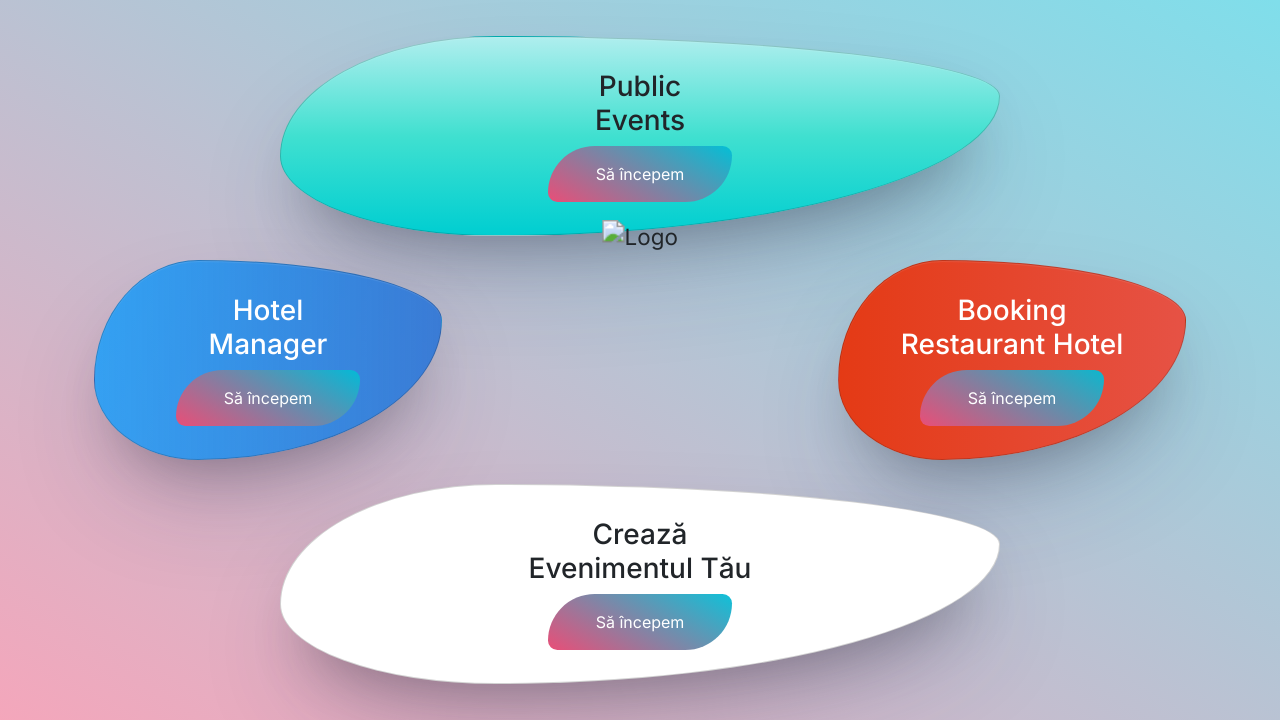
Repository: cosmin05072018/fantastic-events-manager
Page: http://localhost/
An editor plug-in stored every save of this project. The page is shown before and after the next save, followed by the edit.
The browser window is 1280 px wide. The pictures show the whole page.
The page is served by the project's Laravel application, run on PHP 8.4 with Laravel 10. Other server files are loaded and not shown.

Above is the page before, as saved 2024-11-03 17:49:42.
Console error: ReferenceError: particlesJS is not defined

### routes/web.php
<?php

use App\Http\Controllers\ProfileController;
use Illuminate\Support\Facades\Route;

/*
|--------------------------------------------------------------------------
| Web Routes
|--------------------------------------------------------------------------
|
| Here is where you can register web routes for your application. These
| routes are loaded by the RouteServiceProvider and all of them will
| be assigned to the "web" middleware group. Make something great!
|
*/

Route::get('/', function () {
    return view('startApp');
});

Route::get('/dashboard', function () {
    return view('dashboard');
})->middleware(['auth', 'verified'])->name('dashboard');

Route::middleware('auth')->group(function () {
    Route::get('/profile', [ProfileController::class, 'edit'])->name('profile.edit');
    Route::patch('/profile', [ProfileController::class, 'update'])->name('profile.update');
    Route::delete('/profile', [ProfileController::class, 'destroy'])->name('profile.destroy');
});

require __DIR__.'/auth.php';

### public/css/custom.css
@import url("https://fonts.googleapis.com/css2?family=Inter:ital,opsz,wght@0,14..32,100..900;1,14..32,100..900&family=Open+Sans:ital,wght@0,300..800;1,300..800&display=swap");

:root {
    --white: #ffffff;
    --public-events: linear-gradient(to bottom, #afeeee, #40e0d0, #00ced1);
    --hotel-manager: linear-gradient(to right, #0099ffc0, #3a7bd5);
    --booking: linear-gradient(to right, #e43a15, #e65245);
}

* {
    box-sizing: border-box;
    padding: 0;
    margin: 0;
    font-family: "Inter", sans-serif;
}

body {
    background-repeat: no-repeat;
    background-size: cover;
    background-image: linear-gradient(
        30deg,
        hsla(344, 78%, 61%, 0.5),
        hsla(187, 100%, 42%, 0.5)
    );
}

.card {
    border-radius: 30% 70% 70% 30% / 60% 30% 70% 40%;
    height: 200px !important;
    transition: 0.4s linear;
    box-shadow: rgba(255, 255, 255, 0.1) 0px 1px 1px 0px inset,
        rgba(50, 50, 93, 0.25) 0px 50px 100px -20px,
        rgba(0, 0, 0, 0.3) 0px 30px 60px -30px;
}

.logo-img  {
    transition: 0.4s linear;
    transform: scale(1.4);
    z-index: 1;
}

.logo-img:hover {
    transform: scale(1.7);
}

.card:hover {
    transform: scale(1.1);
}

.btns-first-page {
    border: 0px !important;
    background: linear-gradient(
        30deg,
        hsl(344, 78%, 61%),
        hsla(187, 100%, 42%, 0.942)
    );
    color: var(--white);
    border-radius: 50px 10px 50px 10px;
}

.btns-first-page a{
    color: var(--white);
    text-decoration: none !important;
}

.public-events {
    background: var(--public-events);
}

.hotel-manager {
    background: var(--hotel-manager);
}

.booking {
    background: var(--booking);
}

Loaded but not shown: routes/auth.php (common file); app/Http/Controllers/Auth/EmailVerificationPromptController.php (common file); app/Http/Controllers/Controller.php (common file); app/Http/Controllers/Auth/VerifyEmailController.php (common file); public/css/bootstrap.min.css (library); public/js/jquery.js (library); public/js/bootstrap.bundle.min.js (library); public/js/custom.js (133 lines, source omitted); resources/views/startApp.blade.php (927 lines, source omitted)

After the next save:
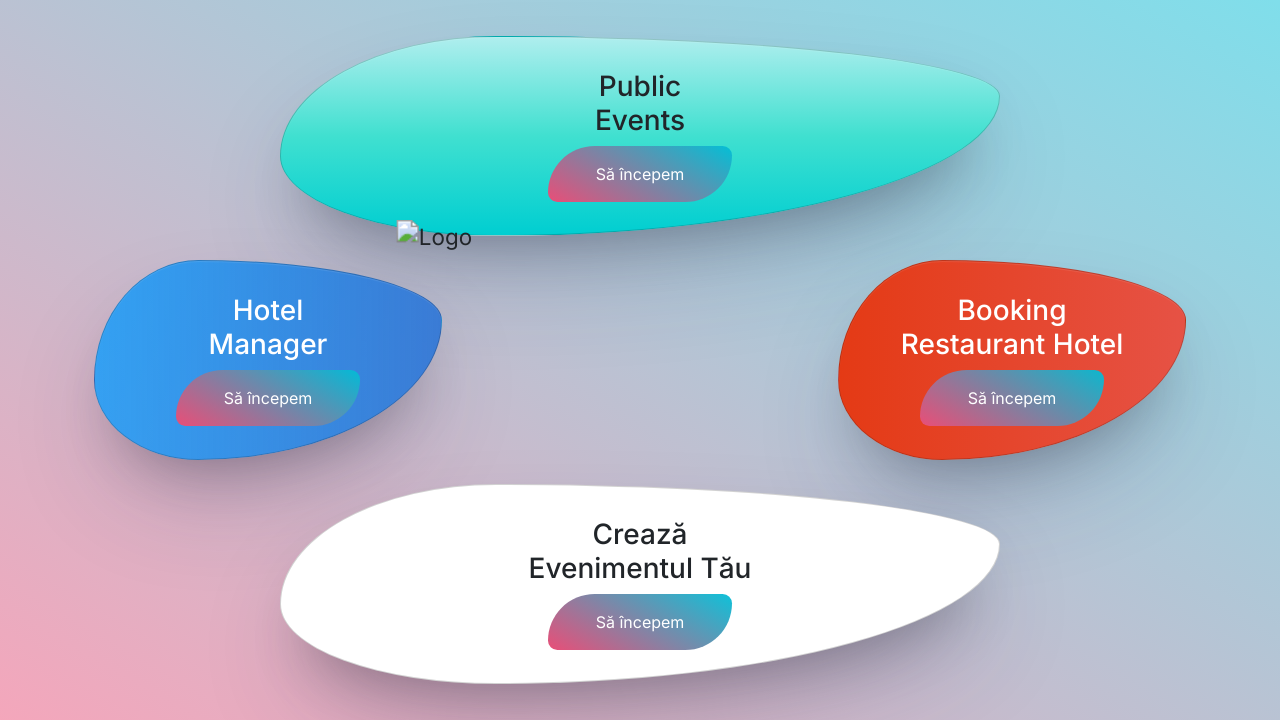
Saved 26 s later.
--- a/public/css/custom.css
+++ b/public/css/custom.css
@@ -74,3 +74,12 @@ body {
 .booking {
     background: var(--booking);
 }
+
+/* login */
+
+.logo-img{
+    width: 100%;
+    display: flex;
+    align-items: center;
+    justify-content: center;
+}
